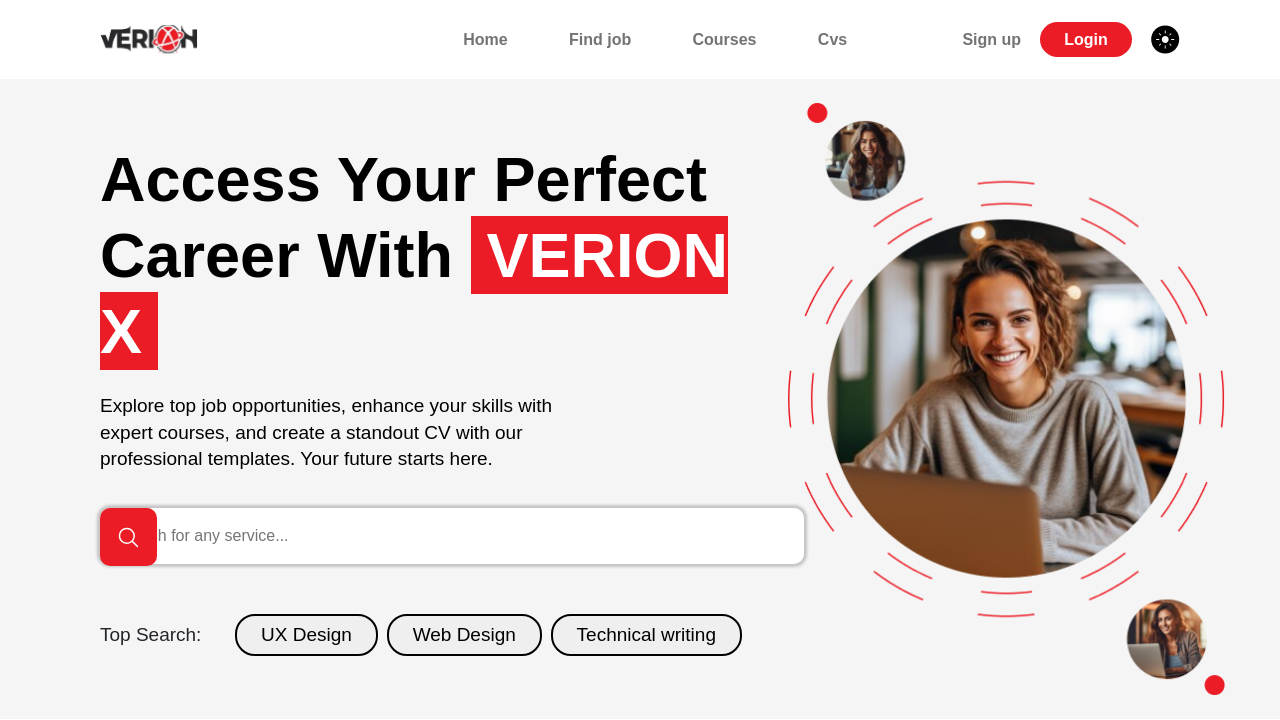
Repository: SahMenz/verionX
Page: /
These files come from the project's save history. The page is drawn as it stood at one moment and after the next save; the edit follows.
The browser window is 1280 px wide. The pictures show the whole page.
The project was rebuilt for these pictures with package versions that can differ from the ones it lists, and the page was loaded fresh each time. Also part of the build but not shown: vite.config.js.

Above is the page before, as saved 2024-06-14 22:38:26.

After the next save:
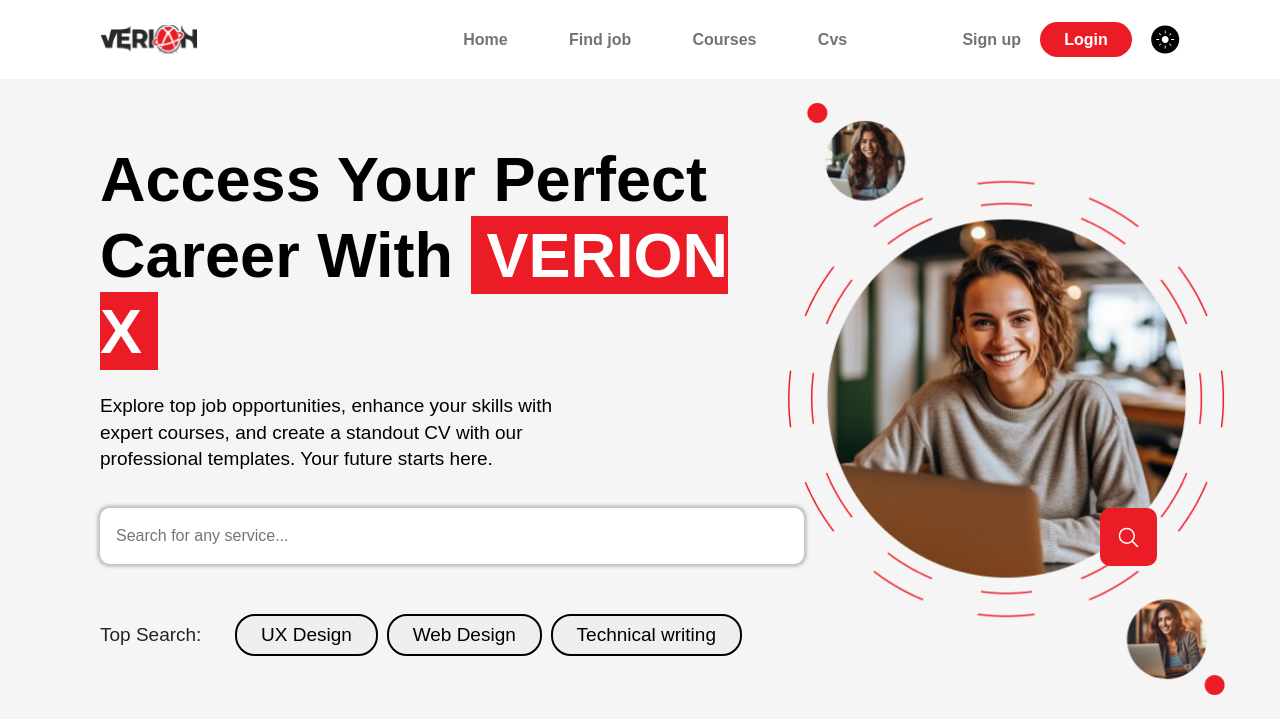
Saved 68 s later.
--- a/src/components/home/hero/hero.jsx
+++ b/src/components/home/hero/hero.jsx
@@ -11,7 +11,7 @@ function Hero() {
             </div>
             <div className="search-container mb-5">
                 <input type="text" placeholder="Search for any service..."  style={{width:"55vw",maxWidth:"733px",position:'absolute',borderRadius:"10px", boxShadow: "0px 0px 3px 3px rgba(0, 0, 0, 0.2)"}} className='p-3'/>
-                <button className="bg-eb p-3" style={{position:'relative', left:"0px", borderRadius:"10px", border:"none", }}><CustomSvg name="search"/></button>
+                <button className="bg-eb p-3" style={{position:'relative', left:"1000px", borderRadius:"10px", border:"none", }}><CustomSvg name="search"/></button>
             </div>
             <div className='d-none align-items-center justify-content-between d-xl-flex'style={{width:"642px"}} >
                 <div className='txt-19 lh-26 txt-500'>Top Search:</div>
